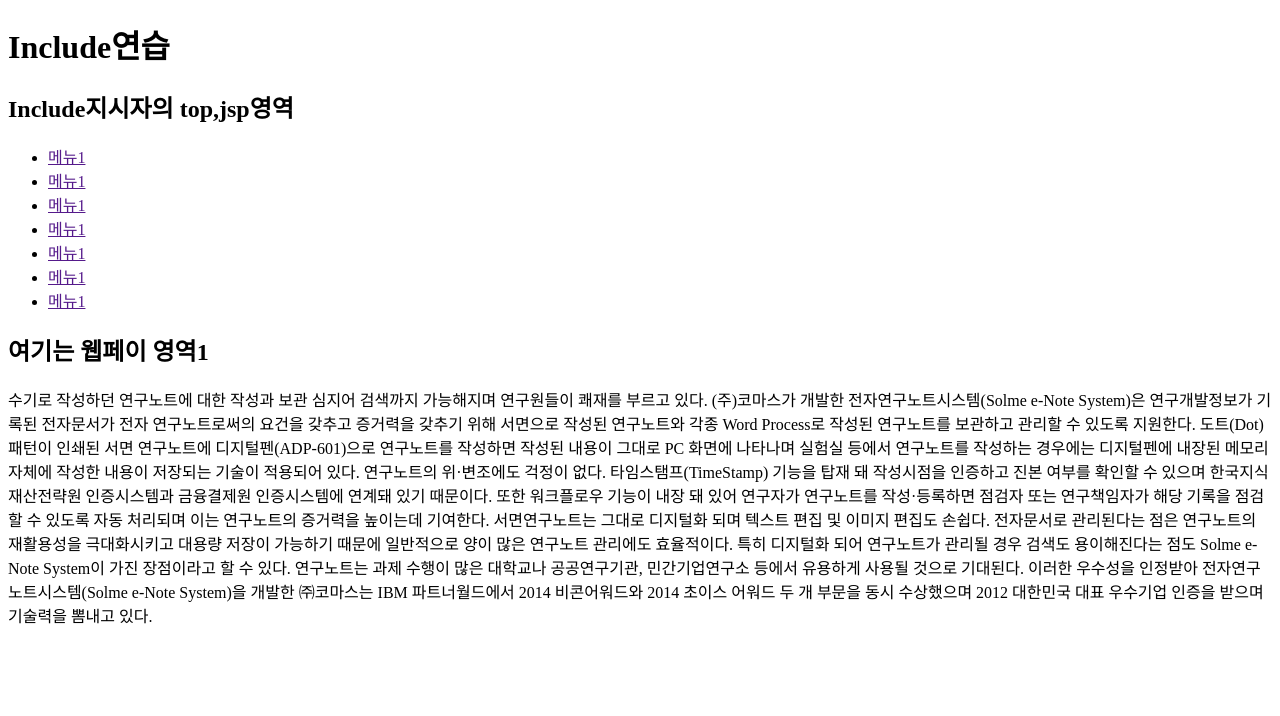
Repository: kol0372/woo
Page: http://localhost/1104/ex1_sample.jsp
These files come from the project's save history. The page is drawn as it stood at one moment and after the next save; the edit follows.
The browser window is 1280 px wide. The pictures show the whole page.
Some web libraries are served in a nearby version. The page is served by Tomcat 9.

Above is the page before, as saved 2014-11-04 01:16:23.

After the next save:
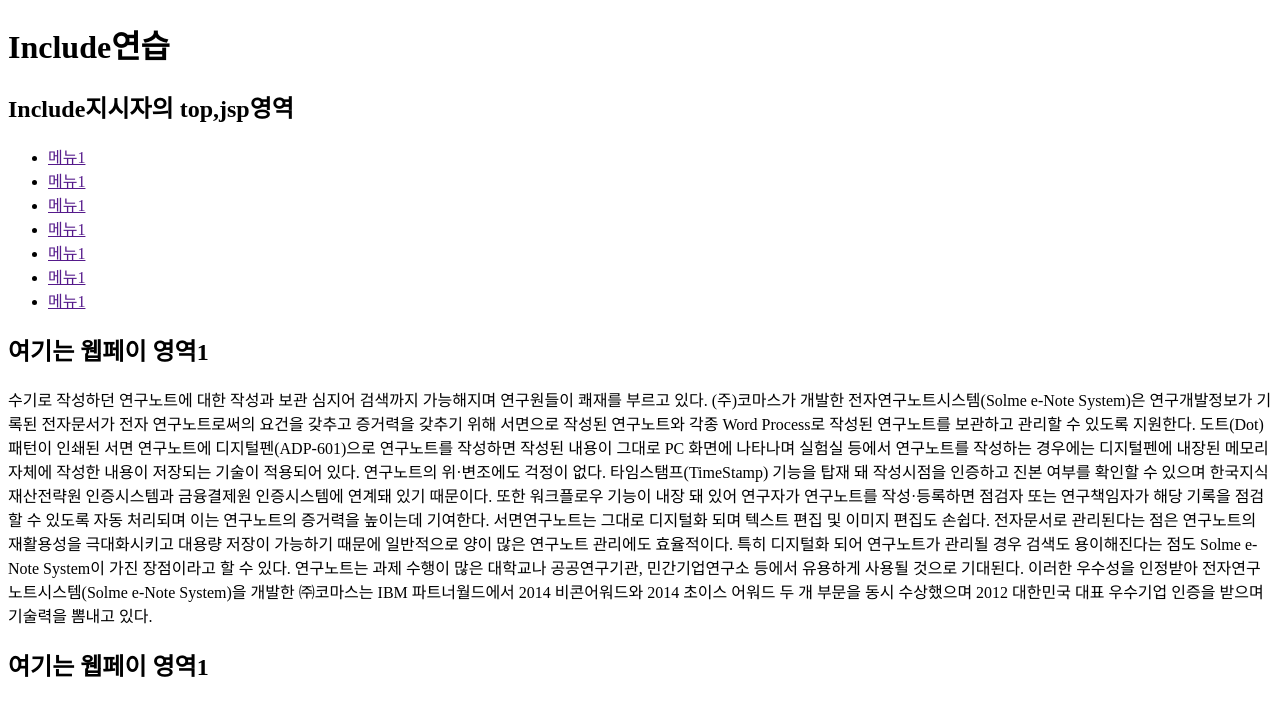
Saved 63 s later.
--- a/jspworkspace/1104/WebContent/ex1_sample.jsp
+++ b/jspworkspace/1104/WebContent/ex1_sample.jsp
@@ -31,7 +31,10 @@
 			</ul>
 		</nav>
 		<article>
-			<h2>여기는 웹페이 영역1</h2>
+			<header>
+				<h2>여기는 웹페이 영역1</h2>
+			</header>
+
 			<p>수기로 작성하던 연구노트에 대한 작성과 보관 심지어 검색까지 가능해지며 연구원들이 쾌재를 부르고 있다.
 
 				(주)코마스가 개발한 전자연구노트시스템(Solme e-Note System)은 연구개발정보가 기록된 전자문서가 전자
@@ -50,6 +53,11 @@
 				인정받아 전자연구노트시스템(Solme e-Note System)을 개발한 ㈜코마스는 IBM 파트너월드에서 2014
 				비콘어워드와 2014 초이스 어워드 두 개 부문을 동시 수상했으며 2012 대한민국 대표 우수기업 인증을 받으며 기술력을
 				뽐내고 있다.</p>
+			<section>
+				<header>
+					<h2>여기는 웹페이 영역1</h2>
+				</header>
+			</section>
 		</article>
 	</div>
 </body>
